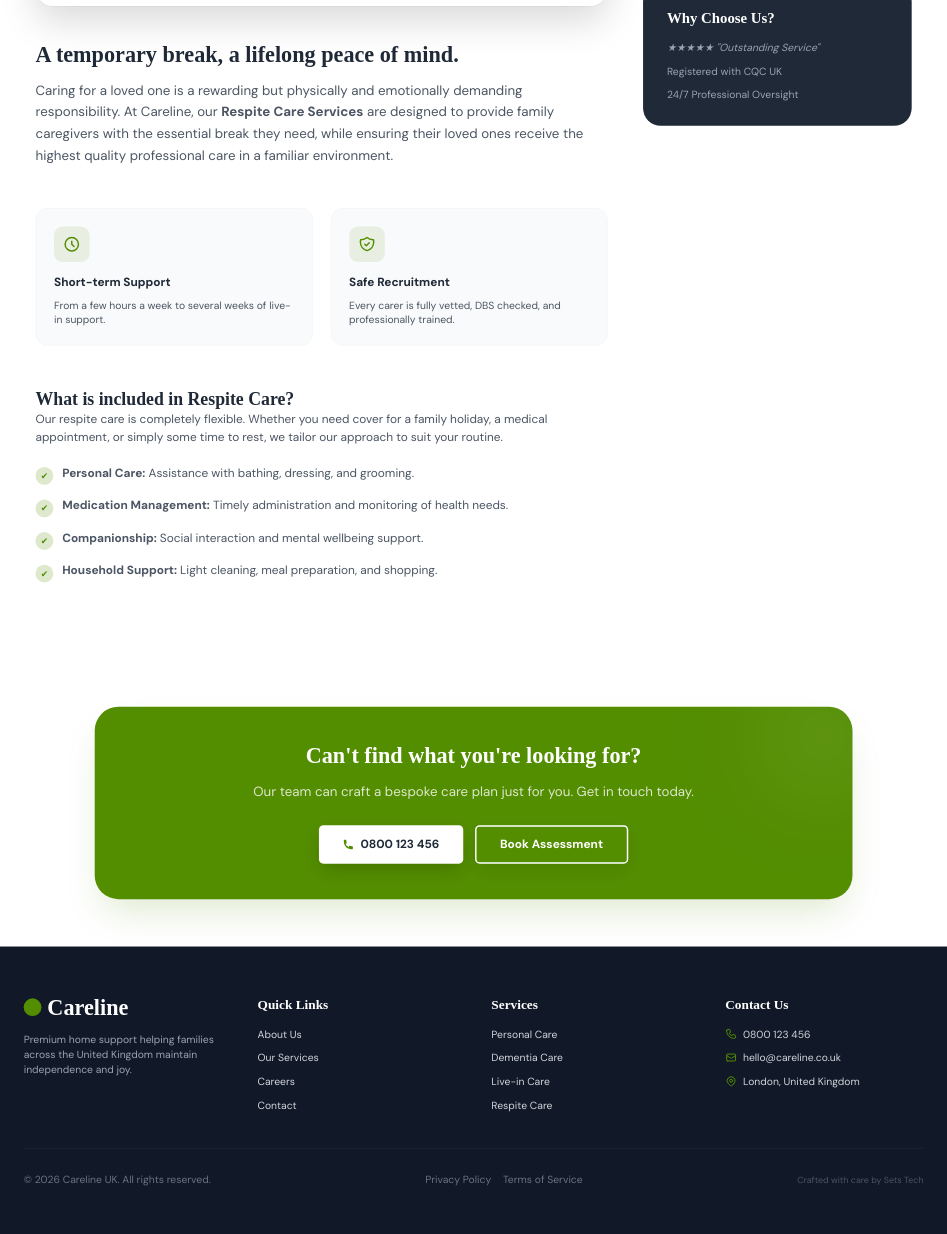
Repository: Iqbalhossen07/care
Page: http://localhost/service-details.php
These files come from the project's save history. The page is drawn as it stood at one moment and after the next save; the edit follows.
The browser window is 1280 px wide. The pictures show the part of the page from y = 819 to 2487 px (the page is 2487 px tall), at 74% of full size.
Some web fonts or font styles are not loaded; a fallback is used. Some web libraries are served in a nearby version. The page is run by PHP 8.4 with error messages shown; the project is at /var/www/html/.

Above is the page before, as saved 2026-02-28 03:59:31.

### service-details.php
<?php include('head.php') ?>

<body class="font-body text-gray-600 antialiased bg-white">
    <?php include('header.php') ?>

    <section class="relative h-[250px] flex items-center overflow-hidden bg-darkText">
        <div class="absolute inset-0 z-0">
            <img src="https://images.unsplash.com/photo-1576765608535-5f04d1e3f289?auto=format&fit=crop&w=1500&q=80"
                class="w-full h-full object-cover opacity-30" alt="Respite Care">
            <div class="absolute inset-0 bg-gradient-to-r from-darkText via-darkText/80 to-transparent"></div>
        </div>

        <div class="max-w-7xl mx-auto px-6 lg:px-12 relative z-10 w-full">
            <nav class="flex mb-4 text-sm font-medium">
                <ol class="inline-flex items-center space-x-2">
                    <li><a href="index.php" class="text-gray-400 hover:text-brand transition-colors">Home</a></li>
                    <li class="text-gray-600">/</li>
                    <li><a href="services.php" class="text-gray-400 hover:text-brand transition-colors">Services</a>
                    </li>
                    <li class="text-gray-600">/</li>
                    <li class="text-brand font-bold uppercase tracking-widest text-[11px] md:text-sm">Respite Care</li>
                </ol>
            </nav>
            <h1 class="font-heading text-4xl md:text-5xl font-bold text-white mb-2 tracking-tight">Respite Care Services
            </h1>
        </div>
    </section>

    <section class="py-20 bg-white">
        <div class="max-w-7xl mx-auto px-6 lg:px-12">
            <div class="grid lg:grid-cols-12 gap-12">

                <div class="lg:col-span-8">
                    <div
                        class="relative rounded-3xl overflow-hidden mb-12 shadow-[0_20px_50px_rgba(0,0,0,0.15)] border-8 border-white ring-1 ring-black/5">
                        <img src="https://images.unsplash.com/photo-1576765608866-5b51046452be?auto=format&fit=crop&w=1200&q=80"
                            alt="Respite Caregiving" class="w-full h-[400px] object-cover">
                    </div>

                    <div class="space-y-8">
                        <div>
                            <h2 class="font-heading text-3xl font-bold text-darkText mb-4">A temporary break, a lifelong
                                peace of mind.</h2>
                            <p class="text-lg leading-relaxed text-gray-600">
                                Caring for a loved one is a rewarding but physically and emotionally demanding
                                responsibility. At Careline, our <strong>Respite Care Services</strong> are designed to
                                provide family caregivers with the essential break they need, while ensuring their loved
                                ones receive the highest quality professional care in a familiar environment.
                            </p>
                        </div>

                        <div class="grid md:grid-cols-2 gap-6 py-6">
                            <div
                                class="bg-lightBg p-6 rounded-2xl border border-gray-100 group hover:border-brand/30 transition-all">
                                <div
                                    class="w-12 h-12 bg-brand/10 rounded-xl flex items-center justify-center text-brand mb-4">
                                    <svg class="w-6 h-6" fill="none" stroke="currentColor" viewBox="0 0 24 24">
                                        <path stroke-linecap="round" stroke-linejoin="round" stroke-width="2"
                                            d="M12 8v4l3 3m6-3a9 9 0 11-18 0 9 9 0 0118 0z"></path>
                                    </svg>
                                </div>
                                <h4 class="font-bold text-darkText mb-2">Short-term Support</h4>
                                <p class="text-sm">From a few hours a week to several weeks of live-in support.</p>
                            </div>
                            <div
                                class="bg-lightBg p-6 rounded-2xl border border-gray-100 group hover:border-brand/30 transition-all">
                                <div
                                    class="w-12 h-12 bg-brand/10 rounded-xl flex items-center justify-center text-brand mb-4">
                                    <svg class="w-6 h-6" fill="none" stroke="currentColor" viewBox="0 0 24 24">
                                        <path stroke-linecap="round" stroke-linejoin="round" stroke-width="2"
                                            d="M9 12l2 2 4-4m5.618-4.016A11.955 11.955 0 0112 2.944a11.955 11.955 0 01-8.618 3.04A12.02 12.02 0 003 9c0 5.591 3.824 10.29 9 11.622 5.176-1.332 9-6.03 9-11.622 0-1.042-.133-2.052-.382-3.016z">
                                        </path>
                                    </svg>
                                </div>
                                <h4 class="font-bold text-darkText mb-2">Safe Recruitment</h4>
                                <p class="text-sm">Every carer is fully vetted, DBS checked, and professionally trained.
                                </p>
                            </div>
                        </div>

                        <div class="prose prose-lg max-w-none text-gray-600">
                            <h3 class="font-heading text-2xl font-bold text-darkText">What is included in Respite Care?
                            </h3>
                            <p>Our respite care is completely flexible. Whether you need cover for a family holiday, a
                                medical appointment, or simply some time to rest, we tailor our approach to suit your
                                routine.</p>
                            <ul class="space-y-4 my-6">
                                <li class="flex items-start gap-3">
                                    <span
                                        class="w-6 h-6 bg-brand/20 text-brand rounded-full flex items-center justify-center shrink-0 mt-1 text-xs">✔</span>
                                    <span><strong>Personal Care:</strong> Assistance with bathing, dressing, and
                                        grooming.</span>
                                </li>
                                <li class="flex items-start gap-3">
                                    <span
                                        class="w-6 h-6 bg-brand/20 text-brand rounded-full flex items-center justify-center shrink-0 mt-1 text-xs">✔</span>
                                    <span><strong>Medication Management:</strong> Timely administration and monitoring
                                        of health needs.</span>
                                </li>
                                <li class="flex items-start gap-3">
                                    <span
                                        class="w-6 h-6 bg-brand/20 text-brand rounded-full flex items-center justify-center shrink-0 mt-1 text-xs">✔</span>
                                    <span><strong>Companionship:</strong> Social interaction and mental wellbeing
                                        support.</span>
                                </li>
                                <li class="flex items-start gap-3">
                                    <span
                                        class="w-6 h-6 bg-brand/20 text-brand rounded-full flex items-center justify-center shrink-0 mt-1 text-xs">✔</span>
                                    <span><strong>Household Support:</strong> Light cleaning, meal preparation, and
                                        shopping.</span>
                                </li>
                            </ul>
                        </div>
                    </div>
                </div>

                <div class="lg:col-span-4">
                    <div class="sticky top-28 space-y-8">
                        <div class="bg-lightBg p-8 rounded-3xl border border-gray-100 shadow-xl shadow-black/5">
                            <h4 class="font-heading text-xl font-bold text-darkText mb-4">Request a Callback</h4>
                            <p class="text-sm mb-6 text-gray-500">Need immediate help? Fill out your phone number and we
                                will call you.</p>
                            <form class="space-y-4">
                                <input type="text" placeholder="Your Name"
                                    class="w-full px-4 py-3 rounded-md border border-gray-200 focus:border-brand focus:ring-4 focus:ring-brand/10 outline-none transition-all">
                                <input type="tel" placeholder="Phone Number"
                                    class="w-full px-4 py-3 rounded-md border border-gray-200 focus:border-brand focus:ring-4 focus:ring-brand/10 outline-none transition-all">
                                <button
                                    class="w-full py-3 bg-brand text-white font-bold rounded-md shadow-lg shadow-black/20 hover:bg-brandDark hover:-translate-y-1 transition-all">Submit
                                    Request</button>
                            </form>
                        </div>

                        <div class="bg-darkText p-8 rounded-3xl text-white">
                            <h4 class="font-heading text-xl font-bold mb-4">Why Choose Us?</h4>
                            <ul class="space-y-3 text-sm text-gray-400">
                                <li class="flex items-center gap-2 italic">★★★★★ "Outstanding Service"</li>
                                <li>Registered with CQC UK</li>
                                <li>24/7 Professional Oversight</li>
                            </ul>
                        </div>
                    </div>
                </div>

            </div>
        </div>
    </section>

    <?php include('cta.php') ?>

    <?php include('footer.php') ?>

    <script src="main.js"></script>
</body>

</html>

### head.php
<!DOCTYPE html>
<html lang="en" class="scroll-smooth">

<head>
    <meta charset="UTF-8">
    <meta name="viewport" content="width=device-width, initial-scale=1.0">
    <title>Careline | Premium UK Home Support</title>
    <link
        href="https://fonts.googleapis.com/css2?family=DM+Sans:wght@400;500;700&family=PT+Serif:ital,wght@0,400;0,700;1,400&display=swap"
        rel="stylesheet">
    <script src="https://cdn.tailwindcss.com"></script>
    <script>
    tailwind.config = {
        theme: {
            extend: {
                colors: {
                    brand: '#538d00',
                    brandDark: '#7ab81f',
                    darkText: '#1f2937',
                    lightBg: '#f9fafb'
                },
                fontFamily: {
                    heading: ['"PT Serif"', 'serif'],
                    body: ['"DM Sans"', 'sans-serif'],
                }
            }
        }
    }
    </script>

    <link rel="stylesheet" href="style.css?v=<?= time(); ?>">
</head>

### header.php
 <header class="bg-white/95 backdrop-blur-sm border-b border-gray-100 sticky top-0 z-50">
     <div class="max-w-7xl mx-auto px-4 sm:px-6 lg:px-8">
         <div class="flex justify-between items-center h-20">
             <a href="#" class="font-heading font-bold text-3xl text-darkText flex items-center gap-2">
                 <span class="w-8 h-8 rounded-full bg-brand inline-block shadow-md"></span>
                 Careline
             </a>

             <nav class="hidden md:flex space-x-8 items-center">
                 <a href="index.php" class="text-gray-700 hover:text-brand font-medium transition-colors">Home</a>
                 <a href="#about" class="text-gray-700 hover:text-brand font-medium transition-colors">About Us</a>
                 <a href="services.php"
                     class="text-gray-700 hover:text-brand font-medium transition-colors">Services</a>
                 <a href="#why-us" class="text-gray-700 hover:text-brand font-medium transition-colors">Why Us</a>
                 <a href="#contact"
                     class="bg-brand text-white px-6 py-2.5 rounded-md font-bold hover:bg-brandDark shadow-md shadow-black/20 hover:shadow-lg hover:shadow-black/30 transition-all duration-300 transform hover:-translate-y-1">
                     Get Support
                 </a>
             </nav>

             <div class="md:hidden flex items-center">
                 <button id="mobile-menu-btn" class="text-gray-700 hover:text-brand focus:outline-none p-2">
                     <svg class="h-7 w-7" fill="none" viewBox="0 0 24 24" stroke="currentColor">
                         <path id="menu-icon" stroke-linecap="round" stroke-linejoin="round" stroke-width="2"
                             d="M4 6h16M4 12h16M4 18h16" />
                     </svg>
                 </button>
             </div>
         </div>
     </div>

     <div id="mobile-menu" class="hidden md:hidden bg-white border-t border-gray-100 absolute w-full shadow-xl">
         <div class="px-4 pt-2 pb-6 space-y-2">
             <a href="index.php"
                 class="block px-3 py-3 text-base font-medium text-gray-700 hover:text-brand hover:bg-lightBg rounded-lg">Home</a>
             <a href="#about"
                 class="block px-3 py-3 text-base font-medium text-gray-700 hover:text-brand hover:bg-lightBg rounded-lg">About
                 Us</a>
             <a href="services.php"
                 class="block px-3 py-3 text-base font-medium text-gray-700 hover:text-brand hover:bg-lightBg rounded-lg">Services</a>
             <a href="#why-us"
                 class="block px-3 py-3 text-base font-medium text-gray-700 hover:text-brand hover:bg-lightBg rounded-lg">Why
                 Us</a>
             <a href="#contact"
                 class="block px-3 py-2 text-base font-bold text-white bg-brand text-center rounded-lg mt-4 shadow-md shadow-black/20 hover:shadow-lg hover:shadow-black/30 transition-all duration-300 transform hover:-translate-y-1">Get
                 Support</a>
         </div>
     </div>
 </header>

### cta.php
 <section class="py-16 bg-white px-6">
        <div
            class="max-w-5xl mx-auto bg-brand p-8 md:p-12 rounded-[2rem] shadow-2xl shadow-brand/20 relative overflow-hidden">

            <div class="absolute -top-10 -right-10 w-40 h-40 bg-white/10 rounded-full blur-3xl"></div>

            <div class="max-w-2xl mx-auto text-center relative z-10">
                <h2 class="font-heading text-2xl md:text-3xl font-bold text-white mb-4">
                    Can't find what you're looking for?
                </h2>
                <p class="text-white/80 text-base md:text-lg mb-8">
                    Our team can craft a bespoke care plan just for you. Get in touch today.
                </p>

                <div class="flex flex-row justify-center gap-3 md:gap-4">
                    <a href="tel:0800123456"
                        class="flex-1 sm:flex-none bg-white text-darkText px-4 sm:px-8 py-3 rounded-md font-bold text-xs sm:text-base hover:bg-gray-50 transition-all shadow-[0_10px_25px_-5px_rgba(0,0,0,0.2)] hover:shadow-[0_15px_30px_-5px_rgba(0,0,0,0.3)] transform hover:-translate-y-1 duration-300 flex items-center justify-center gap-2">
                        <svg class="w-3 h-3 sm:w-4 sm:h-4 text-brand" fill="currentColor" viewBox="0 0 20 20">
                            <path
                                d="M2 3a1 1 0 011-1h2.153a1 1 0 01.986.836l.74 4.435a1 1 0 01-.54 1.06l-1.548.773a11.037 11.037 0 005.454 5.454l.774-1.548a1 1 0 011.06-.54l4.435.74a1 1 0 01.836.986V17a1 1 0 01-1 1h-2C7.82 18 2 12.18 2 5V3z">
                            </path>
                        </svg>
                        <span class="whitespace-nowrap">0800 123 456</span>
                    </a>

                    <a href="contact.php"
                        class="flex-1 sm:flex-none border-2 border-white text-white px-4 sm:px-8 py-3 rounded-md font-bold text-xs sm:text-base hover:bg-white hover:text-brand transition-all shadow-[0_10px_25px_-5px_rgba(0,0,0,0.1)] hover:shadow-[0_15px_30px_-5px_rgba(0,0,0,0.2)] transform hover:-translate-y-1 duration-300 flex items-center justify-center">
                        <span class="whitespace-nowrap">Book Assessment</span>
                    </a>
                </div>
            </div>
        </div>
    </section>

### style.css
@keyframes scroll-left {
  0% {
    transform: translateX(0);
  }

  100% {
    transform: translateX(-50%);
  }
}

.animate-marquee {
  display: flex;
  width: max-content;
  animation: scroll-left 60s linear infinite;
}

.animate-marquee:hover {
  animation-play-state: paused;
  /* Pause on hover so users can read */
}

.description {
  display: -webkit-box;
  -webkit-line-clamp: 2; /* কয় লাইন দেখাবে */
  -webkit-box-orient: vertical;
  overflow: hidden; /* এটি না থাকলে বাকি লেখাগুলো নিচে দেখা যাবে */
}

Loaded but not shown: main.js (23 lines, source omitted); footer.php (66 lines, source omitted)

After the next save:
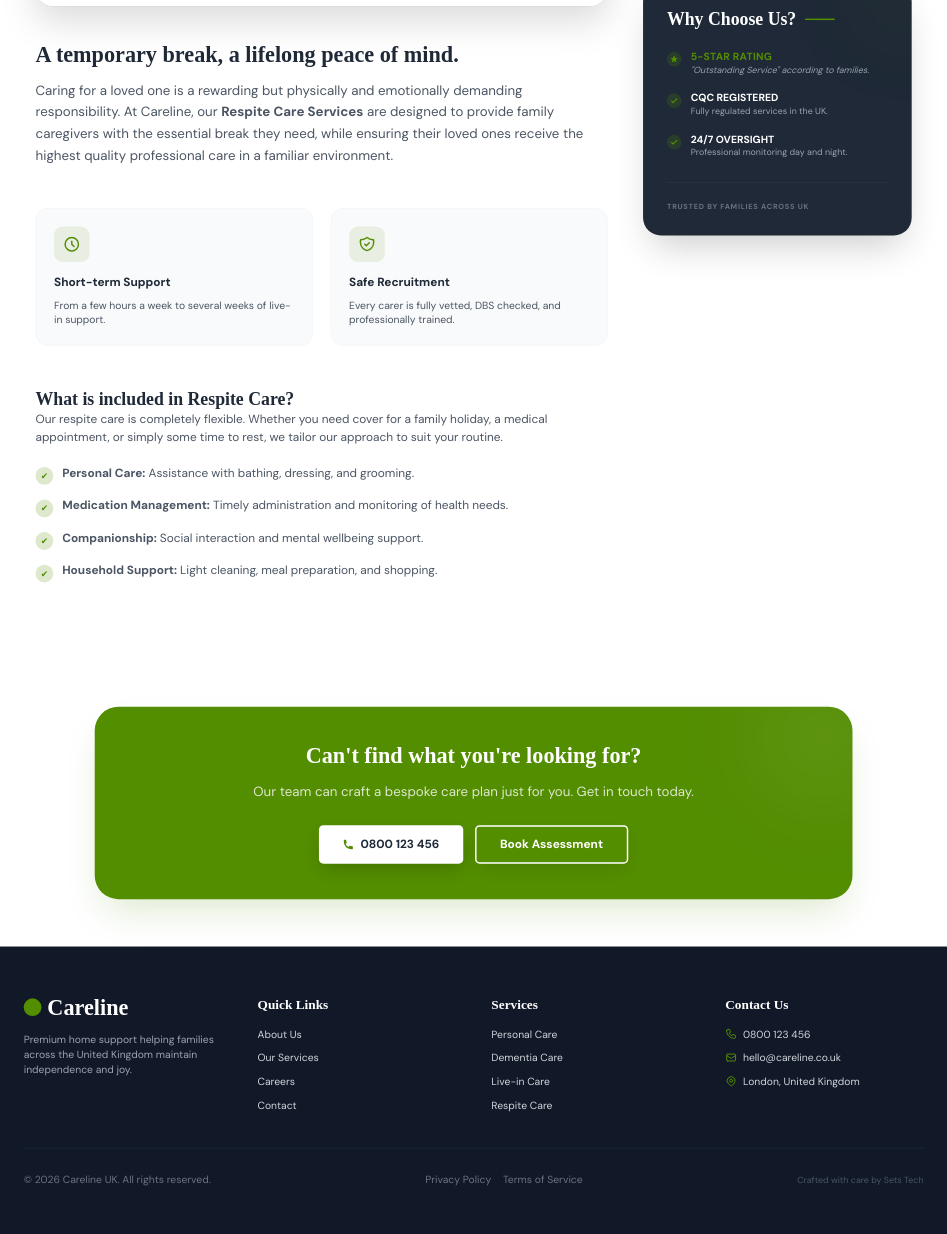
Saved 2 min 11 s later.
--- a/service-details.php
+++ b/service-details.php
@@ -131,13 +131,69 @@
                             </form>
                         </div>
 
-                        <div class="bg-darkText p-8 rounded-3xl text-white">
-                            <h4 class="font-heading text-xl font-bold mb-4">Why Choose Us?</h4>
-                            <ul class="space-y-3 text-sm text-gray-400">
-                                <li class="flex items-center gap-2 italic">★★★★★ "Outstanding Service"</li>
-                                <li>Registered with CQC UK</li>
-                                <li>24/7 Professional Oversight</li>
+                        <div
+                            class="bg-darkText p-8 rounded-3xl text-white relative overflow-hidden shadow-2xl shadow-black/20 group">
+                            <div
+                                class="absolute top-0 right-0 w-24 h-24 bg-brand/10 rounded-full blur-3xl -mr-10 -mt-10 transition-all group-hover:bg-brand/20">
+                            </div>
+
+                            <h4 class="font-heading text-2xl font-bold mb-6 flex items-center gap-3">
+                                Why Choose Us?
+                                <span class="w-10 h-[2px] bg-brand"></span>
+                            </h4>
+
+                            <ul class="space-y-5">
+                                <li class="flex items-start gap-3">
+                                    <div
+                                        class="flex-shrink-0 w-5 h-5 rounded-full bg-brand/20 flex items-center justify-center mt-1">
+                                        <svg class="w-3 h-3 text-brand" fill="currentColor" viewBox="0 0 20 20">
+                                            <path
+                                                d="M9.049 2.927c.3-.921 1.603-.921 1.902 0l1.07 3.292a1 1 0 00.95.69h3.462c.969 0 1.371 1.24.588 1.81l-2.8 2.034a1 1 0 00-.364 1.118l1.07 3.292c.3.921-.755 1.688-1.54 1.118l-2.8-2.034a1 1 0 00-1.175 0l-2.8 2.034c-.784.57-1.838-.197-1.539-1.118l1.07-3.292a1 1 0 00-.364-1.118L2.98 8.72c-.783-.57-.38-1.81.588-1.81h3.461a1 1 0 00.951-.69l1.07-3.292z">
+                                            </path>
+                                        </svg>
+                                    </div>
+                                    <div>
+                                        <p class="text-brand font-bold text-sm tracking-wide">5-STAR RATING</p>
+                                        <p class="text-gray-400 text-xs italic">"Outstanding Service" according to
+                                            families.</p>
+                                    </div>
+                                </li>
+
+                                <li class="flex items-start gap-3">
+                                    <div
+                                        class="flex-shrink-0 w-5 h-5 rounded-full bg-brand/20 flex items-center justify-center mt-1">
+                                        <svg class="w-3 h-3 text-brand" fill="none" stroke="currentColor"
+                                            viewBox="0 0 24 24" stroke-width="3">
+                                            <path stroke-linecap="round" stroke-linejoin="round" d="M5 13l4 4L19 7">
+                                            </path>
+                                        </svg>
+                                    </div>
+                                    <div>
+                                        <p class="text-white font-bold text-sm">CQC REGISTERED</p>
+                                        <p class="text-gray-400 text-xs">Fully regulated services in the UK.</p>
+                                    </div>
+                                </li>
+
+                                <li class="flex items-start gap-3">
+                                    <div
+                                        class="flex-shrink-0 w-5 h-5 rounded-full bg-brand/20 flex items-center justify-center mt-1">
+                                        <svg class="w-3 h-3 text-brand" fill="none" stroke="currentColor"
+                                            viewBox="0 0 24 24" stroke-width="3">
+                                            <path stroke-linecap="round" stroke-linejoin="round" d="M5 13l4 4L19 7">
+                                            </path>
+                                        </svg>
+                                    </div>
+                                    <div>
+                                        <p class="text-white font-bold text-sm">24/7 OVERSIGHT</p>
+                                        <p class="text-gray-400 text-xs">Professional monitoring day and night.</p>
+                                    </div>
+                                </li>
                             </ul>
+
+                            <div class="mt-8 pt-6 border-t border-white/5">
+                                <p class="text-[10px] text-gray-500 uppercase tracking-widest font-bold">Trusted by
+                                    families across UK</p>
+                            </div>
                         </div>
                     </div>
                 </div>
